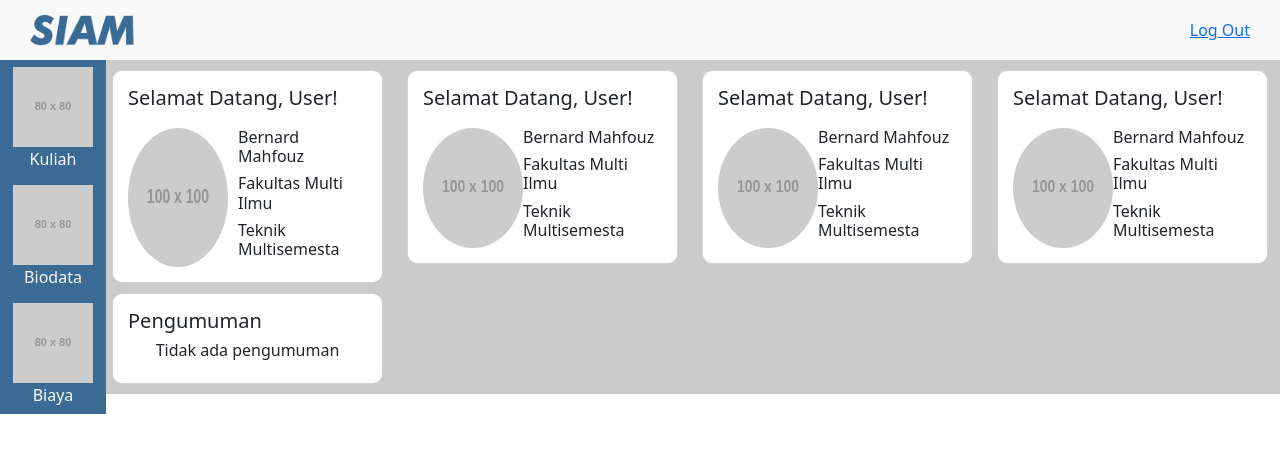
Repository: haikalirf/Project-IMK
Page: kuliah.html
These files come from the project's save history. The page is drawn as it stood at one moment and after the next save; the edit follows.
The browser window is 1280 px wide. The pictures show the whole page.

Above is the page before, as saved 2022-12-10 18:18:45.

After the next save:
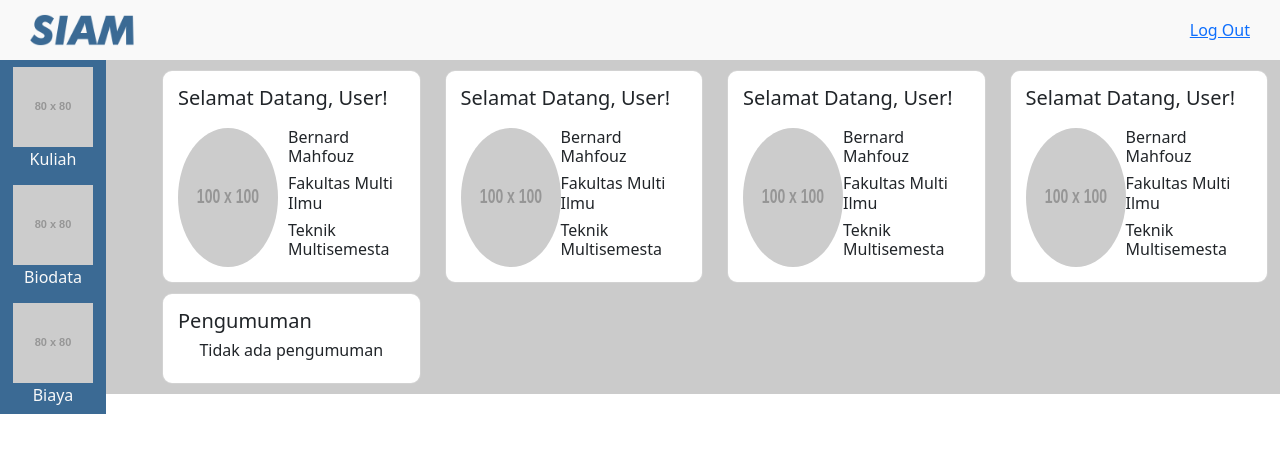
Saved 12 s later.
--- a/styles/kuliah.css
+++ b/styles/kuliah.css
@@ -43,7 +43,7 @@ a img, a label {
 	margin: 0px;
 	width: calc(100% - 106px);
 	flex: 100;
-	padding-left: 100px;
+	padding-left: 150px;
 }
 
 .card {
